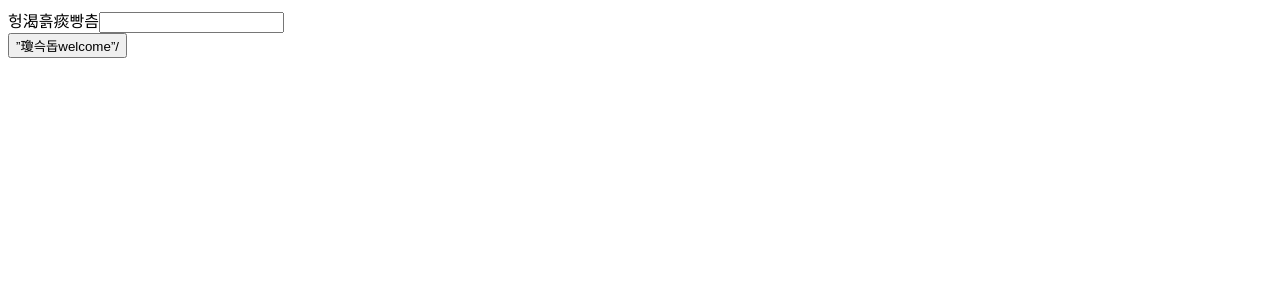
Repository: qq847261175/JavaWeb
Page: Servlet_0010_FirstServlet/WebRoot/welcome.html
The author's editor kept a copy of each file at every save. The page is drawn from the files as they stood at one save, then again after the next save.
The browser window is 1280 px wide. The pictures show the whole page.

Above is the page before, as saved 2016-10-27 16:27:31.

After the next save:
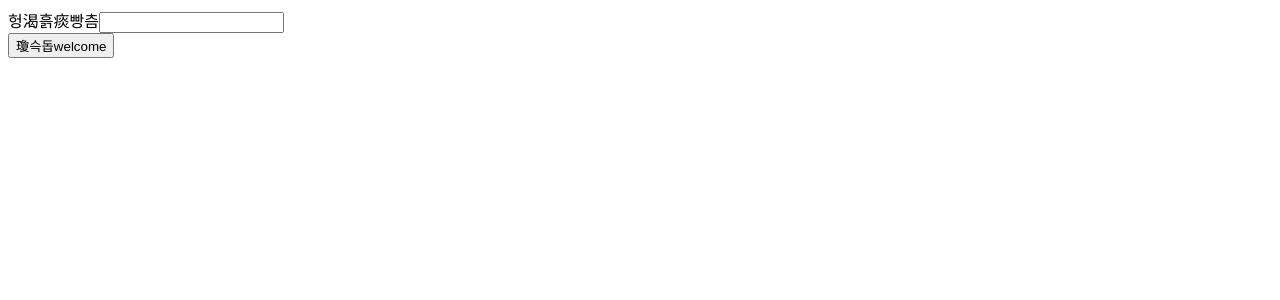
Saved 53 s later.
--- a/Servlet_0010_FirstServlet/WebRoot/welcome.html
+++ b/Servlet_0010_FirstServlet/WebRoot/welcome.html
@@ -4,6 +4,6 @@
 <body>
 <form  method="get"  action="welcome">
 헝渴흙痰빵츰<input type="text"  name="userName"/><br/>
-<input type="submit" value=”瓊슥돕welcome”/>
+<input type="submit" value="瓊슥돕welcome"/>
 <form/>
 <body/>
